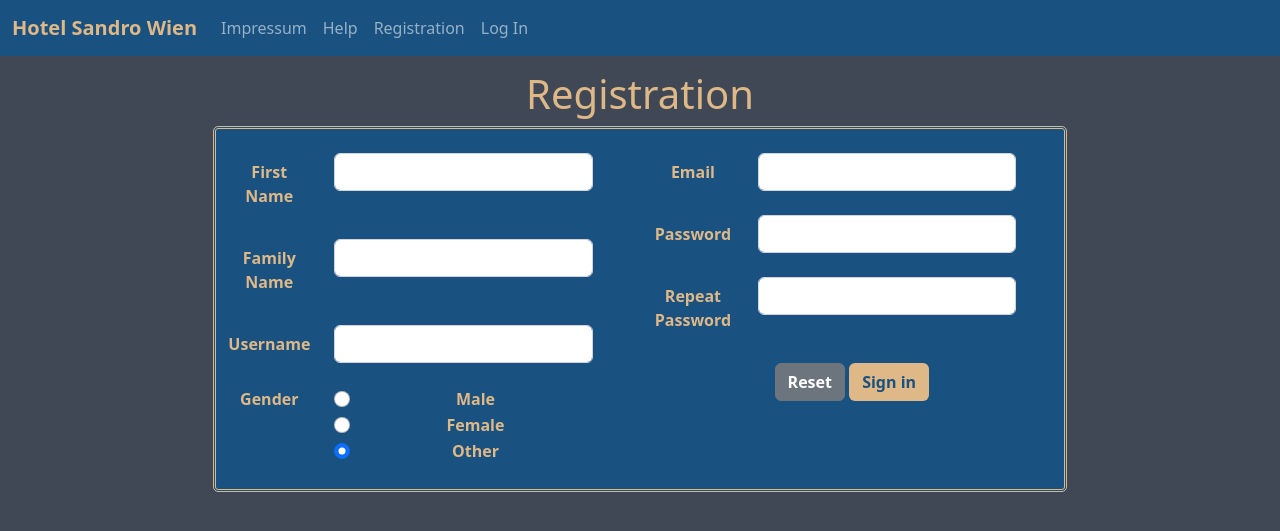
Repository: TIS0N/Hotel_Sandro
Page: http://localhost/pages/registration.php
These files come from the project's save history. The page is drawn as it stood at one moment and after the next save; the edit follows.
The browser window is 1280 px wide. The pictures show the whole page.
The page is run by PHP 8.4 with error messages shown; the project is at /var/www/html/.

Above is the page before, as saved 2022-10-10 18:02:47.

### pages/registration.php
<!DOCTYPE html>
<html lang="en">
<head>
    <meta charset="UTF-8">
    <meta http-equiv="X-UA-Compatible" content="IE=edge">
    <meta name="viewport" content="width=device-width, initial-scale=1.0">
    <link href="https://cdn.jsdelivr.net/npm/bootstrap@5.2.2/dist/css/bootstrap.min.css" rel="stylesheet" integrity="sha384-Zenh87qX5JnK2Jl0vWa8Ck2rdkQ2Bzep5IDxbcnCeuOxjzrPF/et3URy9Bv1WTRi" crossorigin="anonymous">
    <script src="https://cdn.jsdelivr.net/npm/bootstrap@5.2.2/dist/js/bootstrap.bundle.min.js" integrity="sha384-OERcA2EqjJCMA+/3y+gxIOqMEjwtxJY7qPCqsdltbNJuaOe923+mo//f6V8Qbsw3" crossorigin="anonymous"></script>
    <link rel="stylesheet" href="../res/css/stylesheet.css">
    <title>Hotel Sandro Wien - Sign In</title>
</head>
<body id="body">

<?php
include "../inc/navigation.php";
?>
    <h1>Registration</h1>

    <div id="formular" class="container text-center col-8">
        <div class="row justify-content-center">
            <div class="col-6">
                <form action="">
                <br><div class="row mb-4">
                        <label for="fname" class="col-sm-3 col-form-label"><strong>First Name</strong></label>
                        <div class="col-sm-8">
                            <input type="text" class="form-control" id="fname">
                        </div>
                    </div>
                    <div class="row mb-4">
                        <label for="lname" class="col-sm-3 col-form-label"><strong>Family Name</strong></label>
                        <div class="col-sm-8">
                            <input type="text" class="form-control" id="lname">
                        </div>
                    </div>
                    <div class="row mb-4">
                        <label for="username" class="col-sm-3 col-form-label"><strong>Username</strong></label>
                        <div class="col-sm-8">
                            <input type="text" class="form-control" id="username">
                        </div>
                    </div>

                    <fieldset class="row mb-4">
                        <legend class="col-form-label col-sm-3 pt-0"><strong>Gender</strong></legend>
                        <div class="col-sm-8">
                        <div class="form-check">
                            <input class="form-check-input" type="radio" name="gridRadios" id="male" value="option1" checked>
                            <label class="form-check-label" for="male"><strong>Male</strong></label>
                        </div>
                        <div class="form-check">
                            <input class="form-check-input" type="radio" name="gridRadios" id="female" value="option1" checked>
                            <label class="form-check-label" for="female"><strong>Female</strong></label>
                        </div>
                        <div class="form-check">
                            <input class="form-check-input" type="radio" name="gridRadios" id="other" value="option1" checked>
                            <label class="form-check-label" for="other"><strong>Other</strong></label>
                        </div>

                        </div>
                    </fieldset>
                </form>
            </div>
            <div class="col-6">
                <br><div class="row mb-4">
                    <label for="email" class="col-sm-3 col-form-label"><strong>Email</strong></label>
                        <div class="col-sm-8">
                            <input type="email" class="form-control" id="email">
                        </div>
                </div>
                <div class="row mb-4">
                    <label for="password" class="col-sm-3 col-form-label"><strong>Password</strong></label>
                        <div class="col-sm-8">
                            <input type="email" class="form-control" id="password">
                        </div>
                </div>
                <div class="row mb-4">
                    <label for="password2" class="col-sm-3 col-form-label"><strong>Repeat Password</strong></label>
                    <div class="col-sm-8">
                        <input type="password" class="form-control" id="password2">
                    </div>
                </div>
                <button type="reset" class="btn btn-secondary"><strong>Reset</strong></button>
                    <button type="submit" class="btn" style="color: #195181; background-color: burlywood"><strong>Sign in</strong></button><br><br>
            </div>
        </div>
    </div>


</body>
</html>

### inc/navigation.php
<?php
    if(file_exists("./index.php")){
        $includePath = ".";
    }
    else{
        $includePath = "..";
    }
?>

<div id="navBar">
        <nav class="navbar fixed-top navbar-expand-lg navbar-dark" style="background-color: #195181;">
            <div class="container-fluid">
                <a class="navbar-brand" href= <?php echo "$includePath/index.php"?> style="color: burlywood;"><strong>Hotel Sandro Wien</strong></a>
                <button class="navbar-toggler" type="button" data-bs-toggle="collapse" data-bs-target="#navbarNav" aria-controls="navbarNav" aria-expanded="false" aria-label="Toggle navigation">
                    <span class="navbar-toggler-icon"></span>
                </button>
                <div class="collapse navbar-collapse" id="navbarNav">
                    <ul class="navbar-nav">
                        <li class="nav-item">
                            <a class="nav-link"href= <?php echo "$includePath/pages/impressum.php"?> class="navbar-brand">Impressum</a>
                        </li>
                        <li class="nav-item">
                            <a class="nav-link" href=<?php echo "$includePath/pages/help.php"?> class="navbar-brand">Help</a>
                        </li>
                        <li class="nav-item">
                            <a class="nav-link" href=<?php echo "$includePath/pages/registration.php"?> class="navbar-brand">Registration</a>
                        </li>
                        <li class="nav-item">
                            <a class="nav-link" href=<?php echo "$includePath/pages/login.php"?> class="navbar-brand">Log In</a>
                        </li>

                    </ul>
                </div>
            </div>
        </nav>
    </div>

### res/css/stylesheet.css
body{
    background-color: rgb(63, 72, 84);
    color: burlywood;
    padding-top: 70px;
    text-align: center;
}

#hotelSandroPhoto{
    width: 600px;
    height: 450px;
}

#formular{
    background-color: #195181;
    border-radius: 5px;
    border-color: burlywood;
    border-style: double;
}

After the next save:
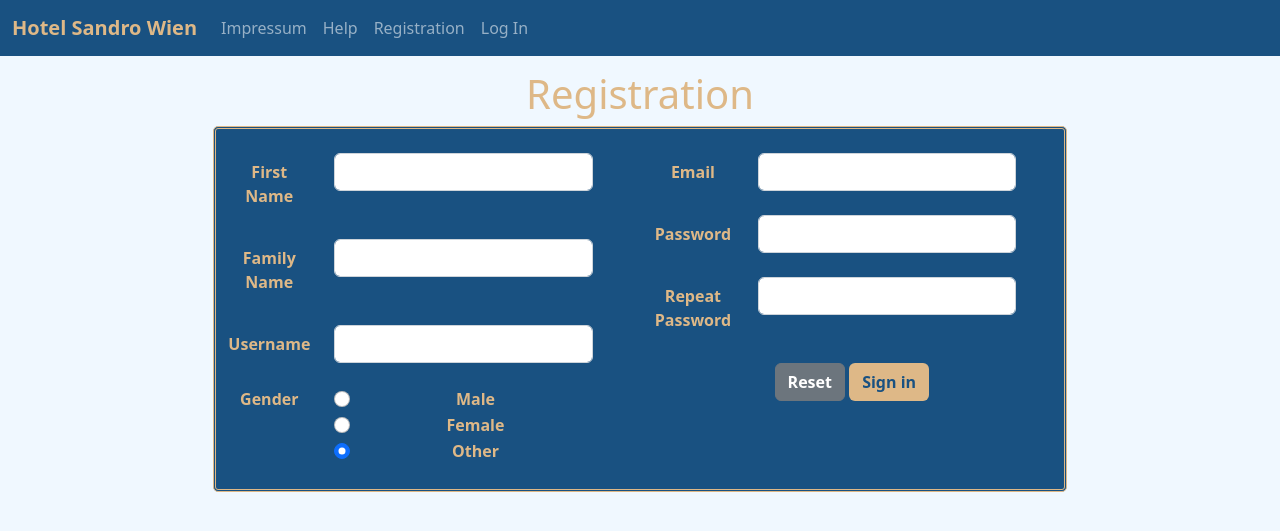
Saved 32 s later.
--- a/res/css/stylesheet.css
+++ b/res/css/stylesheet.css
@@ -1,5 +1,6 @@
 body{
-    background-color: rgb(63, 72, 84);
+    /*background-color: rgb(63, 72, 84);*/
+    background-color: aliceblue;
     color: burlywood;
     padding-top: 70px;
     text-align: center;

After the 2 saves that followed:
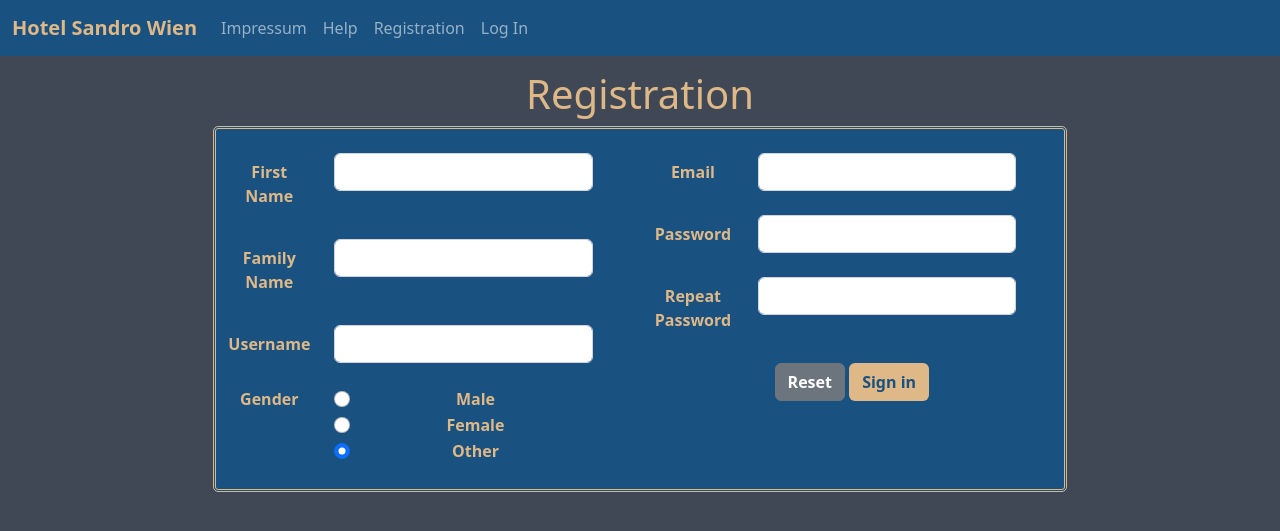
The 2 saves are shown as one change because 1 left the picture as it was.
The last was saved 47 s later.
--- a/res/css/stylesheet.css
+++ b/res/css/stylesheet.css
@@ -1,6 +1,5 @@
-body{
-    /*background-color: rgb(63, 72, 84);*/
-    background-color: aliceblue;
+#body{
+    background-color: rgb(63, 72, 84);
     color: burlywood;
     padding-top: 70px;
     text-align: center;
